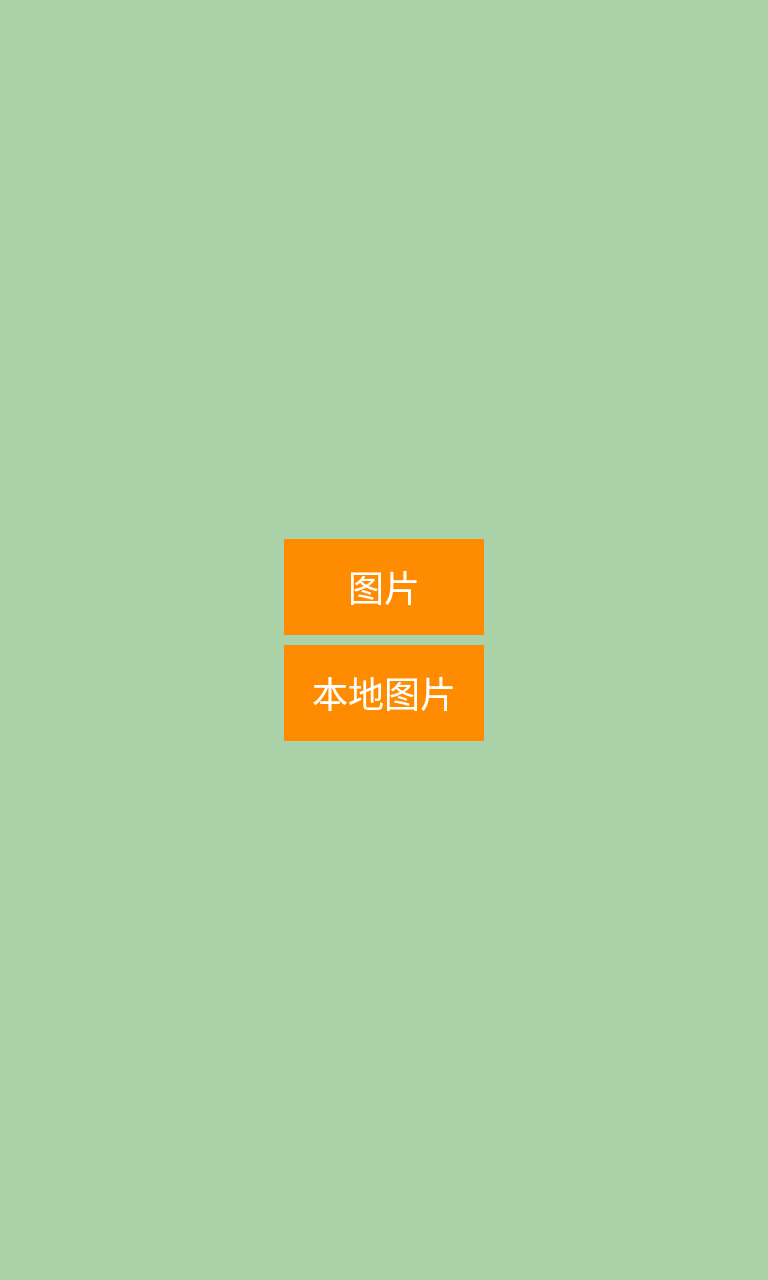
Repository: taiyang0725/Android
Layout: TestViewPage/res/layout/b.xml
The author's editor kept a copy of each file at every save. The layout is drawn from the files as they stood at one save, then again after the next save.
It is drawn on a 768 x 1280 px phone screen (xhdpi) without system bars, with theme AppTheme; the app's code is not run.

Above is the layout before, as saved 2015-05-14 06:55:44.

After the next save:
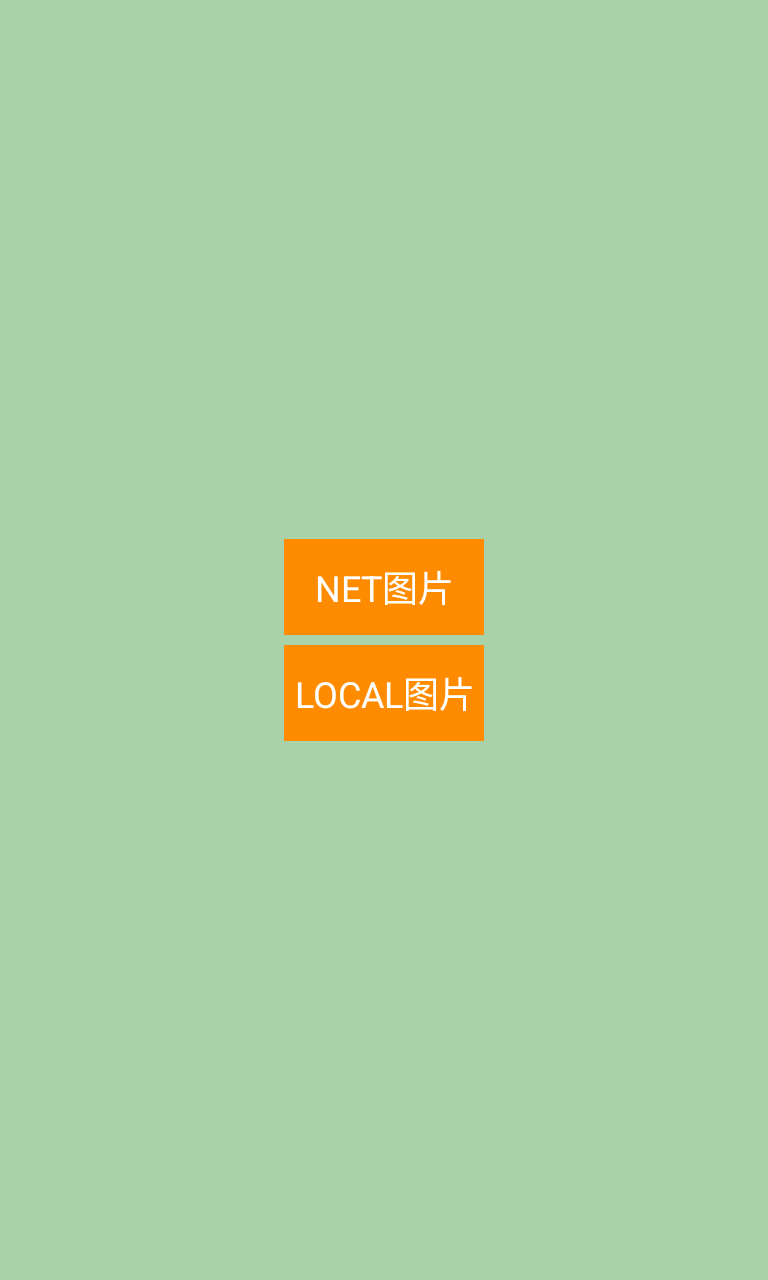
Saved 60 s later.
--- a/TestViewPage/res/layout/b.xml
+++ b/TestViewPage/res/layout/b.xml
@@ -15,7 +15,7 @@
         android:layout_width="100dp"
         android:layout_height="wrap_content"
         android:background="#FF8C00"
-        android:text="图片"
+        android:text="NET图片"
         android:textColor="#FFFFFF"
         />
     <Button
@@ -25,7 +25,7 @@
         android:layout_marginTop="5dp"
         android:background="#FF8C00"
        android:textColor="#FFFFFF"
-        android:text="本地图片"
+        android:text="LOCAL图片"
         />
 
    </LinearLayout>
